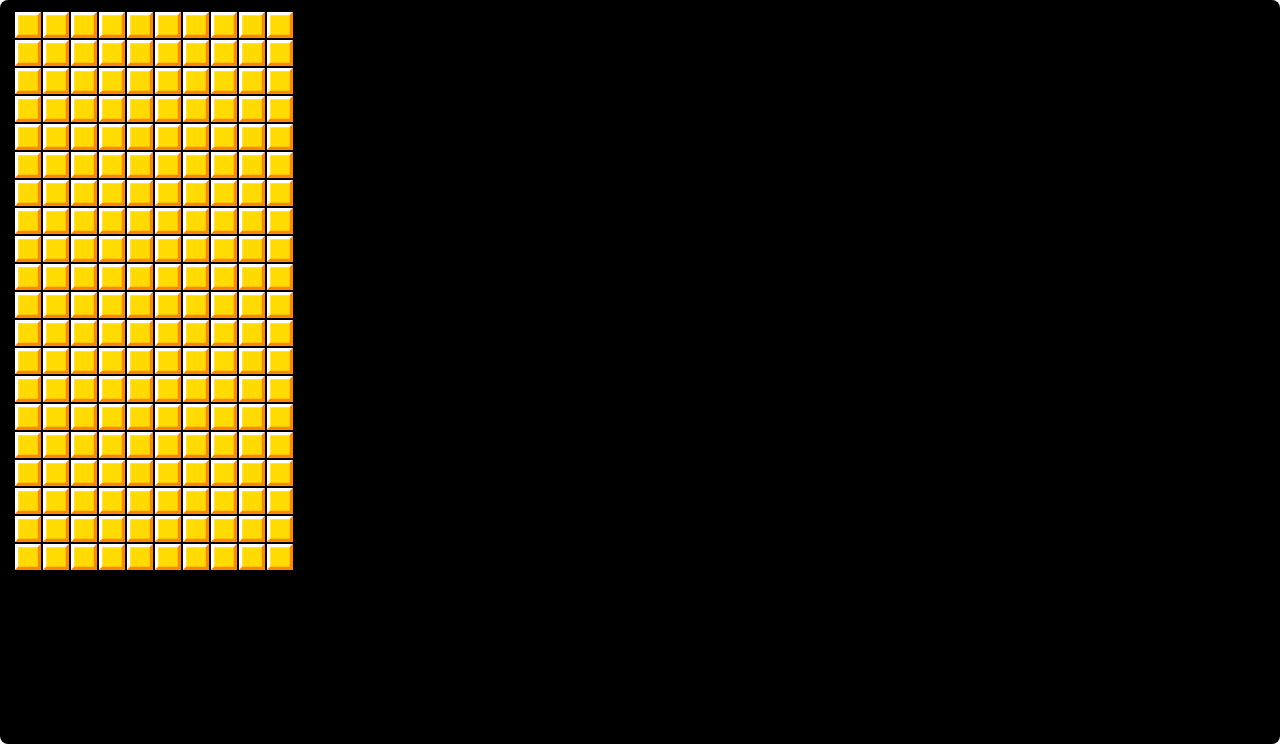
Repository: powidev/Epik-Tetris
Page: index.html
These files come from the project's save history. The page is drawn as it stood at one moment and after a run of saves; the edit follows.
The browser window is 1280 px wide. The pictures show the whole page.

Above is the page before, as saved 2025-05-20 10:24:42.

### index.html
<!DOCTYPE html>
<html lang="en">
<head>
    <meta charset="UTF-8">
    <meta name="viewport" content="width=device-width, initial-scale=1.0">
    <title>Tetris</title>
    <link rel="stylesheet" href="style.css">
</head>
<body>
    <div class="canvas-container">
        <canvas id="canvas-tetris" width="300" height="600"></canvas>
    </div>

    <script src="scripts/main.js" type="module"></script>
</body>
</html>

### style.css
body {
    display: flex;
    margin: 0;
    padding: 0;
}
.canvas-container {
    width: 100%;
    height: 100vh;
    background-color: black;
    padding: 12px 15px;
    border-radius: 8px;
}

### scripts/main.js
import { BoardTetris } from "/scripts/boardTetris.js";
import { Tetromino, TetraminoTypes } from "/scripts/tetromino.js";

const canvasTetris = document.getElementById("canvas-tetris");
const rows = 20;
const cols = 10;
const cellSize = 26;
const space = 2;

const boardTetris = new BoardTetris(canvasTetris, rows, cols, cellSize, space);

const tetrominoType = TetraminoTypes.T;
const tetromino = new Tetromino(canvasTetris, cellSize, tetrominoType.shapes, tetrominoType.initPosition, tetrominoType.id);

function update() {

    boardTetris.draw();
    tetromino.draw(boardTetris);
    requestAnimationFrame(update);
}

update();

### scripts/boardTetris.js
import { Grid } from '/scripts/grid.js';

export class BoardTetris extends Grid {
    constructor(canvas, rows, cols, cellSize, space) {
        super(canvas, rows, cols, cellSize, space);
    }

    isInside(row, col){
        return row >= 0 && row < this.rows && col >= 0 && col < this.cols;
    }
    isEmpty(row, col){
        return this.matriz[row][col] === 0 && this.isInside(row, col);
    }
    isRowFull(row){
        return this.matriz[row].every(element => element !== 0);
    }
    isRowEmpty(row){
        return this.matriz[row].every(element => element === 0);
    }
    clearRow(row){
        this.matriz[row].fill(0);
    }
    moveRowDown(row, numRows){
        this.matriz[row + numRows] = this.matriz[row].slice();
        this.clearRow(row);
    }
    clearFullRows(){
        let cont = 0;

        for(let row  = this.rows - 1; row >= 0; row--){
            if(this.isRowFull(row)){
                this.clearRow(row);
                cont++;
            }
            else if(cont > 0){
                this.moveRowDown(row, cont);
            }
        }
        return cont;
    }
    gameOver(){
        return !(this.isRowEmpty(0));
    }
}

### scripts/tetromino.js

class Position{
    constructor(row, column){
        this.row = row;
        this.column = column;
    }
}

class Tetromino {
    constructor(canvas, cellSize, shapes = [], initPosition = new Position(), id=1) {
        this.canvas = canvas;
        this.ctx = this.canvas.getContext('2d');
        this.cellSize = cellSize;
        this.shapes = shapes;
        this.rotation = 0;
        this.initPosition = initPosition;
        this.position = new Position(this.initPosition.row, this.initPosition.column);
        this.id = id;
    }
    drawSquare(x, y, side, color) {
        this.ctx.fillStyle = color;
        this.ctx.fillRect(x, y, side, side);
    }
    drawTriangle(x1, y1, x2, y2, x3, y3, color) {
        this.ctx.beginPath();
        this.ctx.moveTo(x1, y1);
        this.ctx.lineTo(x2, y2);
        this.ctx.lineTo(x3, y3);
        this.ctx.closePath();
        this.ctx.fillStyle = color;
        this.ctx.fill();
    }
    getColorPalette(id) {
        const palette = {
            1:{
                rightTriangle : "#FE8601",
                leftTriangle : "#FFFFFF",
                square : "#FFDB01"
            },
            2:{
                rightTriangle : "#FE5E02",
                leftTriangle : "#FFFFFF",
                square : "#FE8602"
            },
            3:{
                rightTriangle : "#B5193B",
                leftTriangle : "#FFFFFF",
                square : "#EE1B2E"
            },
            4:{
                rightTriangle : "#22974C",
                leftTriangle : "#FFFFFF",
                square : "#24DC4F"
            },
            5:{
                rightTriangle : "#49BDFF",
                leftTriangle : "#FFFFFF",
                square : "#2D97F7"
            },
            6:{
                rightTriangle : "#0000C9",
                leftTriangle : "#FFFFFF",
                square : "#0101F0"
            },
            7:{
                rightTriangle : "#8500D3",
                leftTriangle : "#FFFFFF",
                square : "#A000F1"
            }
        }
        return palette[id] || palette[1];
    }
    drawBlock(x, y, id){
        const margin = this.cellSize / 8;
        const palette = this.getColorPalette(id);

        this.drawTriangle(
            x, y,
            x + this.cellSize, y,
            x, y + this.cellSize,
            palette.leftTriangle
        );

        this.drawTriangle(
            x + this.cellSize, y,
            x + this.cellSize, y + this.cellSize,
            x, y + this.cellSize,
            palette.rightTriangle
        );

        this.drawSquare(
            x + margin,
            y + margin,
            this.cellSize - (margin * 2),
            palette.square
        );
    }
    currentShape(){
        return this.shapes[this.rotation];
    }
    draw(grid){
        const shape = this.currentShape();
        for(let i = 0; i < shape.length; i++){
            const position = grid.getCoordinates(
                this.position.column + shape[i].column,
                this.position.row + shape[i].row
            );
            this.drawBlock(position.x, position.y, this.id);
        }
    }
    currentPosition(){
        const positions = [];
        const shape = this.currentShape();
        for(let i = 0; i < shape.length; i++){
            positions.push(new Position(
                this.position.row + shape[i].row,
                this.position.column + shape[i].column
            ));
        }
        return positions;
    }
    move(row, column){
        this.position.row += row;
        this.position.column += column;
    }
    reset(){
        this.rotation = 0;
        this.position = new Position(this.initPosition.row, this.initPosition.column);
    }
}

const TetraminoTypes = {
    T:{
        id:1,
        initPosition: new Position(0, 3),
        shapes: [
            [new Position(0, 1), new Position(1, 0), new Position(1, 1), new Position(1, 2)],
            [new Position(0, 1), new Position(1, 1), new Position(1, 2), new Position(2, 1)],
            [new Position(1, 0), new Position(1, 1), new Position(1, 2), new Position(2, 1)],
            [new Position(0, 1), new Position(1, 0), new Position(1, 1), new Position(2, 1)]
        ]
    },
    O:{
        id:2,
        initPosition: new Position(0, 4),
        shapes: [
            [new Position(0, 0), new Position(0, 1), new Position(1, 0), new Position(1, 1)]
        ]
    },
    I:{
        id:3,
        initPosition: new Position(-1, 3),
        shapes: [
            [new Position(1, 0), new Position(1, 1), new Position(1, 2), new Position(1, 3)],
            [new Position(0, 2), new Position(1, 2), new Position(2, 2), new Position(3, 2)],
            [new Position(2, 0), new Position(2, 1), new Position(2, 2), new Position(2, 3)],
            [new Position(0, 1), new Position(1, 1), new Position(2, 1), new Position(3, 1)]
        ]
    },
    S:{
        id:4,
        initPosition: new Position(0, 3),
        shapes: [
            [new Position(0, 1), new Position(0, 2), new Position(1, 0), new Position(1, 1)],
            [new Position(0, 1), new Position(1, 1), new Position(1, 2), new Position(2, 2)],
            [new Position(1, 1), new Position(1, 2), new Position(2, 0), new Position(2, 1)],
            [new Position(0, 0), new Position(1, 0), new Position(1, 1), new Position(2, 1)]
        ]
    },
    Z:{
        id:5,
        initPosition: new Position(0, 3),
        shapes: [
            [new Position(0, 0), new Position(0, 1), new Position(1, 1), new Position(1, 2)],
            [new Position(0, 2), new Position(1, 1), new Position(1, 2), new Position(2, 1)],
            [new Position(1, 0), new Position(1, 1), new Position(2, 1), new Position(2, 2)],
            [new Position(0, 1), new Position(1, 0), new Position(1, 1), new Position(2, 0)]
        ]
    },
    J:{
        id:6,
        initPosition: new Position(0, 3),
        shapes: [
            [new Position(0, 0), new Position(1, 0), new Position(1, 1), new Position(1, 2)],
            [new Position(0, 1), new Position(0, 2), new Position(1, 1), new Position(2, 1)],
            [new Position(1, 0), new Position(1, 1), new Position(1, 2), new Position(2, 2)],
            [new Position(0, 1), new Position(1, 1), new Position(2, 0), new Position(2, 1)]
        ]
    },
    L:{
        id:7,
        initPosition: new Position(0, 3),
        shapes: [
            [new Position(0, 2), new Position(1, 0), new Position(1, 1), new Position(1, 2)],
            [new Position(0, 1), new Position(1, 1), new Position(2, 1), new Position(2, 2)],
            [new Position(1, 0), new Position(1, 1), new Position(1, 2), new Position(2, 0)],
            [new Position(0, 0), new Position(0, 1), new Position(1, 1), new Position(2, 1)]
        ]
    }
};

class TetrominosBag {
    constructor(canvas, cellSize){
        this.canvas = canvas;
        this.cellSize = cellSize;
        this.bag = [];
    }

    fillbag(){
        const tetrominosTypes = [
            tetrominosTypes.T,
            tetrominosTypes.O,
            tetrominosTypes.I,
            tetrominosTypes.S,
            tetrominosTypes.Z,
            tetrominosTypes.J,
            tetrominosTypes.L
        ]
        this.bag.length = 0;
        tetrominosTypes.forEach(type=>{
            this.bag.push(new Position(
                this.canvas,
                this.cellSize,
                type.shapes,
                type.initPosition,
                type.id
            ));
        });

        for(let i = this.bag.length - 1; i>0 ; i--){
            let j = Math.floor(Math.random() * (i + 1));
            [this.bag[i], this.bag[j]] = [this.bag[j], this.bag[i]];
        }
    }

    nextTetromino(){
        if(this.bag.length === 0){
            this.fillbag();
        }
        return this.bag.pop();
    }
}

export { Position, Tetromino, TetraminoTypes };

### scripts/grid.js
import { Tetromino } from '/scripts/tetromino.js';

export class Grid {
    constructor(canvas, rows, cols, cellSize, space) {
        this.canvas = canvas;
        this.ctx = canvas.getContext('2d');
        this.rows = rows;
        this.cols = cols;
        this.cellSize = cellSize;
        this.space = space;
        this.matriz = [];
        this.restartMatriz();

        this.canvas.width = this.cols * this.cellSize + (this.space * this.cols);
        this.canvas.height = this.rows * this.cellSize + (this.space * this.rows);

        this.block = new Tetromino(this.canvas, this.cellSize);
    }

    restartMatriz(){
        for(let r = 0; r < this.rows; r++){
            this.matriz[r] = [];
            for(let c = 0; c < this.cols; c++){
                this.matriz[r][c] = 10;
            }
        }
    }

    drawSquare(x, y, side, color, borderColor) {
        const bordeSize = side / 10;

        this.ctx.fillStyle = color;
        this.ctx.fillRect(x, y, side, side);

        this.ctx.strokeStyle = borderColor;
        this.ctx.lineWidth = bordeSize;
        this.ctx.strokeRect(x+bordeSize/2, y+bordeSize/2, side-bordeSize, side-bordeSize);
    }

    getCoordinates(col, row){
        return {x: col * (this.cellSize + this.space), y: row * (this.cellSize + this.space)};
    }

    draw(){
        for(let r = 0; r < this.rows; r++){
            for(let c = 0; c < this.cols; c++){
                const position = this.getCoordinates(c, r);
                if(this.matriz[r][c] !== 0){
                    this.block.drawBlock(position.x,position.y,this.matriz[r][c]);
                }
                else{
                    this.drawSquare(position.x, position.y, this.cellSize, "#000", "#303030");
                }
            }
        }
        this.printMatriz();
    }

    printMatriz(){
        let text = "";
        this.matriz.forEach((row) => {
            text += row.join(" ") + "\n";
        });
        console.log(text);
    }
}

After the next 2 saves:
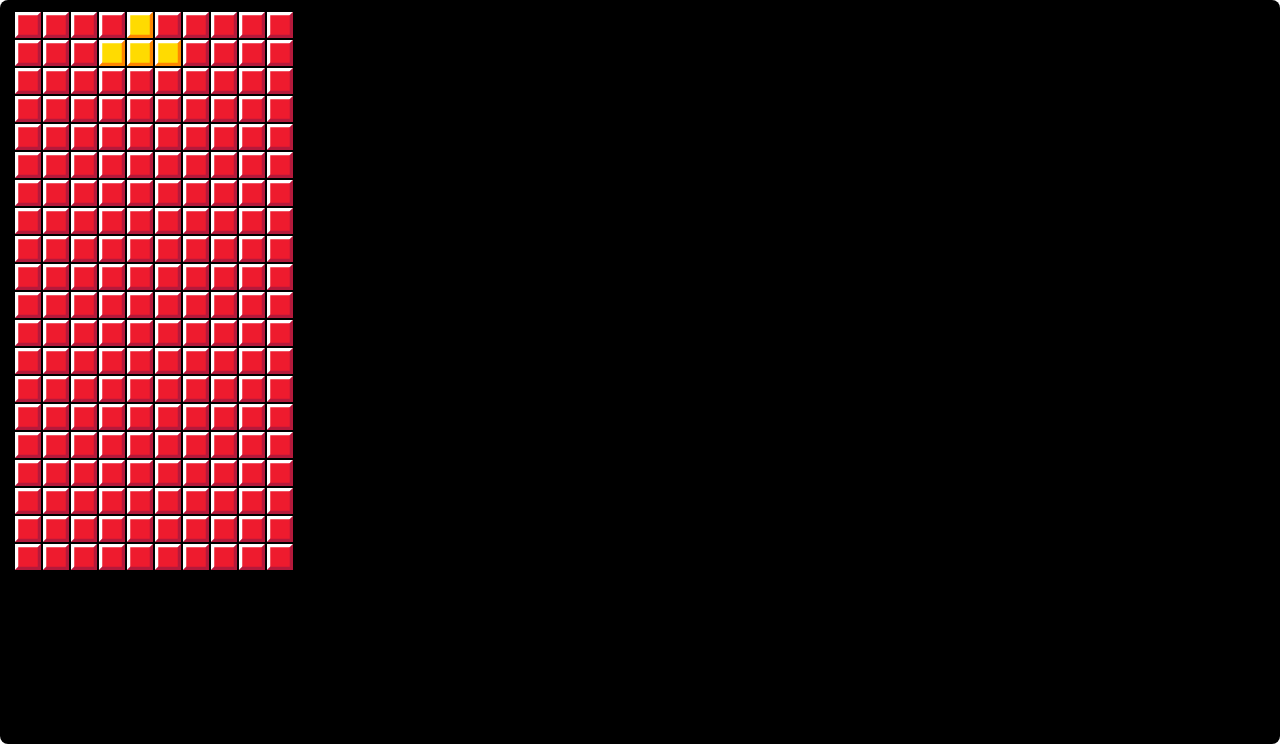
The 2 saves are shown as one change because they came seconds apart.
The last was saved 9 s later.
--- a/scripts/grid.js
+++ b/scripts/grid.js
@@ -21,7 +21,7 @@ export class Grid {
         for(let r = 0; r < this.rows; r++){
             this.matriz[r] = [];
             for(let c = 0; c < this.cols; c++){
-                this.matriz[r][c] = 10;
+                this.matriz[r][c] = 3;
             }
         }
     }
